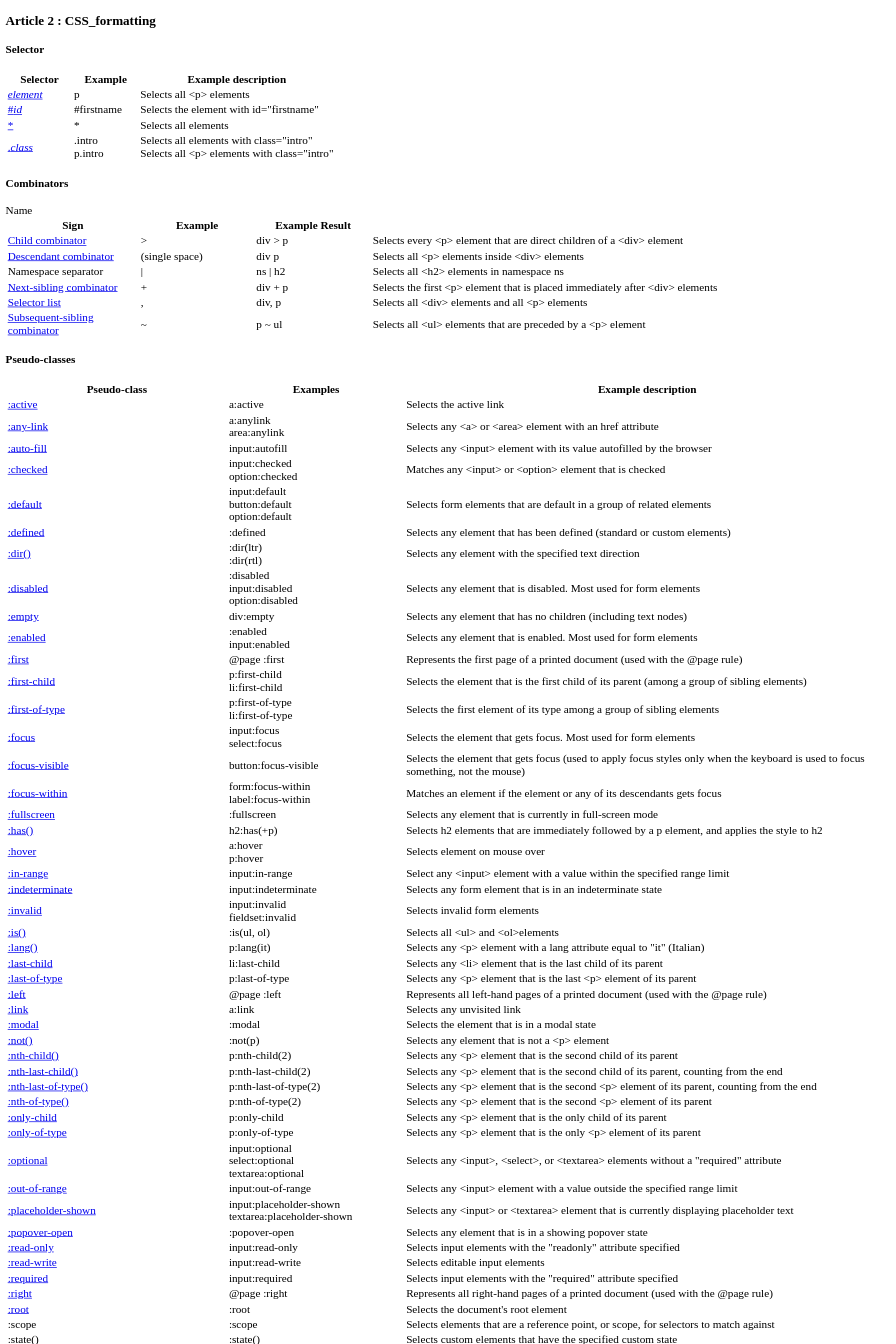
Repository: AnnaSpirit/2025_
Page: Bases/CSS_formatting.html
These files come from the project's save history. The page is drawn as it stood at one moment and after the next save; the edit follows.
The browser window is 1280 px wide. The pictures show the part of the page from y = 0 to 1920 px (the page is 2615 px tall), at 70% of full size.

Above is the page before, as saved 2025-01-09 13:01:19.

### Bases/CSS_formatting.html
<!DOCTYPE html>
<html lang="en">
<head>
	<meta charset="UTF-8">
	<meta name="viewport" content="width=device-width, initial-scale=1.0">
	<title>CSS_formatting</title>
	<style>
		th{

		}
	</style>
</head>
<body>
<h3>Article 2 : CSS_formatting</h3>
<h4>Selector</h4>
<table>
<tr>
	<th style="width:20%">Selector</th>
	<th style="width:20%">Example</th>
	<th>Example description</th>
</tr>
<tr>
	<td><i><a href="sel_element.php">element</a></i></td>
	<td>p</td>
	<td>Selects all &lt;p&gt; elements</td>
</tr>
<tr>
	<td><a href="sel_id.php">#<i>id</i></a></td>
	<td>#firstname</td>
	<td>Selects the element with id="firstname"</td>
</tr>
<tr>
	<td><a href="sel_all.php">*</a></td>
	<td>*</td>
	<td>Selects all elements</td>
</tr>
<tr>
	<td><a href="sel_class.php">.<i>class</i></a></td>
	<td>.intro<br>p.intro</td>
	<td>Selects all elements with class="intro"<br>Selects all &lt;p&gt; elements with class="intro"
	</td>
</tr>
</table>
<h4>Combinators</h4>
<table class="ws-ta>
<tbody>
	<tr>
		<th style="width:32%">Name</th>
		<th style="width:15%">Sign</th>
		<th style="width:13%">Example</th>
		<th>Example Result</th>
	</tr>
	<tr>
		<td><a href="sel_element_gt.php">Child combinator</a></td>
		<td>&gt;</td>
		<td>div &gt; p</td>
		<td>Selects every &lt;p&gt; element that are direct children of a &lt;div&gt; element</td>
	</tr>
	<tr>
		<td><a href="sel_element_element.php">Descendant combinator</a></td>
		<td>(single space)</td>
		<td>div p</td>
		<td>Selects all &lt;p&gt; elements inside &lt;div&gt; elements</td>
	</tr>
	<tr>
		<td>Namespace separator</td>
		<td>|</td>
		<td>ns | h2</td>
		<td>Selects all &lt;h2&gt; elements in namespace ns</td>
	</tr>
	<tr>
		<td><a href="sel_element_pluss.php">Next-sibling combinator</a></td>
		<td>+</td>
		<td>div + p</td>
		<td>Selects the first &lt;p&gt; element that is placed immediately after &lt;div&gt; elements</td>
	</tr>
	<tr>
		<td><a href="sel_element_comma.php">Selector list</a></td>
		<td>,</td>
		<td>div, p</td>
		<td>Selects all &lt;div&gt; elements and all &lt;p&gt; elements</td>
	</tr>
	<tr>
		<td><a href="sel_gen_sibling.php">Subsequent-sibling combinator</a> </td>
		<td>~</td>
		<td>p ~ ul</td>
		<td>Selects all &lt;ul&gt; elements that are preceded by a &lt;p&gt; element</td>
	</tr>
</tbody>
</table>
<h4>Pseudo-classes</h4>
<table>
<tr>
	<th style="width:25%">Pseudo-class</th>
	<th style="width:20%">Examples</th>
	<th>Example description</th>
</tr>
<tr>
	<td><a href="sel_active.php">:active</a></td>
	<td>a:active</td>
	<td>Selects the active link</td>
</tr>
<tr>
	<td><a href="sel_any-link.php">:any-link</a></td>
	<td>a:anylink<br>area:anylink</td>
	<td>Selects any &lt;a&gt; or &lt;area&gt; element with an href attribute</td>
</tr>
<tr>
	<td><a href="sel_autofill.php">:auto-fill</a></td>
	<td>input:autofill</td>
	<td>Selects any &lt;input&gt; element with its value autofilled by the
		browser</td>
</tr>
<tr>
	<td><a href="sel_checked.php">:checked</a></td>
	<td>input:checked<br>option:checked</td>
	<td>Matches any &lt;input&gt; or &lt;option&gt; element that is checked</td>
</tr>
<tr>
	<td><a href="sel_default.php">:default</a></td>
	<td>input:default<br>button:default<br>option:default</td>
	<td>Selects form elements that are default in a group of related elements</td>
</tr>
<tr>
	<td><a href="sel_defined.php">:defined</a></td>
	<td>:defined</td>
	<td>Selects any element that has been defined (standard or custom
		elements)</td>
</tr>
<tr>
	<td><a href="sel_dir.php">:dir()</a></td>
	<td>:dir(ltr)<br>:dir(rtl)</td>
	<td>Selects any element with the specified text direction</td>
</tr>
<tr>
	<td><a href="sel_disabled.php">:disabled</a></td>
	<td>:disabled<br>input:disabled<br>option:disabled</td>
	<td>Selects any element that is disabled. Most used for form elements</td>
</tr>
<tr>
	<td><a href="sel_empty.php">:empty</a></td>
	<td>div:empty</td>
	<td>Selects any element that has no children (including text nodes)</td>
</tr>
<tr>
	<td><a href="sel_enabled.php">:enabled</a></td>
	<td>:enabled<br>input:enabled</td>
	<td>Selects any element that is enabled. Most used for form elements</td>
</tr>
<tr>
	<td><a href="sel_first.php">:first</a></td>
	<td>@page :first</td>
	<td>Represents the first page of a printed document (used with the @page
		rule)</td>
</tr>
<tr>
	<td><a href="sel_firstchild.php">:first-child</a></td>
	<td>p:first-child<br>li:first-child</td>
	<td>Selects the element that is the first child of its parent (among a group
		of sibling elements)</td>
</tr>
<tr>
	<td><a href="sel_first-of-type.php">:first-of-type</a></td>
	<td>p:first-of-type<br>li:first-of-type</td>
	<td>Selects the first element of its type among a group of sibling elements</td>
</tr>
<tr>
	<td><a href="sel_focus.php">:focus</a></td>
	<td>input:focus<br>select:focus</td>
	<td>Selects the element that gets focus. Most used for form elements</td>
</tr>
<tr>
	<td><a href="sel_focus-visible.php">:focus-visible</a></td>
	<td>button:focus-visible</td>
	<td>Selects the element that gets focus (used to apply focus styles only
		when the keyboard is used to focus something, not the mouse)</td>
</tr>
<tr>
	<td><a href="sel_focus-within.php">:focus-within</a></td>
	<td>form:focus-within<br>label:focus-within</td>
	<td>Matches an element if the element or any of its descendants gets focus</td>
</tr>
<tr>
	<td><a href="sel_fullscreen.php">:fullscreen</a></td>
	<td>:fullscreen</td>
	<td>Selects any element that is currently in full-screen mode</td>
</tr>
<tr>
	<td><a href="sel_has.php">:has()</a></td>
	<td>h2:has(+p)</td>
	<td>Selects h2 elements that are immediately followed by a p element, and
		applies the style to h2</td>
</tr>
<tr>
	<td><a href="sel_hover.php">:hover</a></td>
	<td>a:hover<br>p:hover</td>
	<td>Selects element on mouse over</td>
</tr>
<tr>
	<td><a href="sel_in-range.php">:in-range</a></td>
	<td>input:in-range</td>
	<td>Select any &lt;input&gt; element with a value within the specified range
		limit</td>
</tr>
<tr>
	<td><a href="sel_indeterminate.php">:indeterminate</a></td>
	<td>input:indeterminate</td>
	<td>Selects any form element that is in an indeterminate state</td>
</tr>
<tr>
	<td><a href="sel_invalid.php">:invalid</a></td>
	<td>input:invalid<br>fieldset:invalid</td>
	<td>Selects invalid form elements</td>
</tr>
<tr>
	<td><a href="sel_is.php">:is()</a></td>
	<td>:is(ul, ol)</td>
	<td>Selects all &lt;ul&gt; and &lt;ol&gt;elements</td>
</tr>
<tr>
	<td><a href="sel_lang.php">:lang()</a></td>
	<td>p:lang(it)</td>
	<td>Selects any &lt;p&gt; element with a lang attribute equal to "it" (Italian)</td>
</tr>
<tr>
	<td><a href="sel_last-child.php">:last-child</a></td>
	<td>li:last-child</td>
	<td>Selects any &lt;li&gt; element that is the last child of its parent</td>
</tr>
<tr>
	<td><a href="sel_last-of-type.php">:last-of-type</a></td>
	<td>p:last-of-type</td>
	<td>Selects any &lt;p&gt; element that is the last &lt;p&gt; element of its parent</td>
</tr>
<tr>
	<td><a href="sel_left.php">:left</a></td>
	<td>@page :left</td>
	<td>Represents all left-hand pages of a printed document (used with the @page
		rule)</td>
</tr>
<tr>
	<td><a href="sel_link.php">:link</a></td>
	<td>a:link</td>
	<td>Selects any unvisited link</td>
</tr>
<tr>
	<td><a href="sel_modal.php">:modal</a></td>
	<td>:modal</td>
	<td>Selects the element that is in a modal state</td>
</tr>
<tr>
	<td><a href="sel_not.php">:not()</a></td>
	<td>:not(p)</td>
	<td>Selects any element that is not a &lt;p&gt; element</td>
</tr>
<tr>
	<td><a href="sel_nth-child.php">:nth-child()</a></td>
	<td>p:nth-child(2)</td>
	<td>Selects any &lt;p&gt; element that is the second child of its parent</td>
</tr>
<tr>
	<td><a href="sel_nth-last-child.php">:nth-last-child()</a></td>
	<td>p:nth-last-child(2)</td>
	<td>Selects any &lt;p&gt; element that is the second child of its parent, counting from the
		end</td>
</tr>
<tr>
	<td><a href="sel_nth-last-of-type.php">:nth-last-of-type()</a></td>
	<td>p:nth-last-of-type(2)</td>
	<td>Selects any &lt;p&gt; element that is the second &lt;p&gt; element of its parent, counting from the
		end</td>
</tr>
<tr>
	<td><a href="sel_nth-of-type.php">:nth-of-type()</a></td>
	<td>p:nth-of-type(2)</td>
	<td>Selects any &lt;p&gt; element that is the second &lt;p&gt; element of its parent</td>
</tr>
<tr>
	<td><a href="sel_only-child.php">:only-child</a></td>
	<td>p:only-child</td>
	<td>Selects any &lt;p&gt; element that is the only child of its parent</td>
</tr>
<tr>
	<td><a href="sel_only-of-type.php">:only-of-type</a></td>
	<td>p:only-of-type</td>
	<td>Selects any &lt;p&gt; element that is the only &lt;p&gt; element of its parent</td>
</tr>
<tr>
	<td><a href="sel_optional.php">:optional</a></td>
	<td>input:optional<br>select:optional<br>textarea:optional</td>
	<td>Selects any &lt;input&gt;, &lt;select&gt;, or &lt;textarea&gt; elements without
		a "required" attribute</td>
</tr>
<tr>
	<td><a href="sel_out-of-range.php">:out-of-range</a></td>
	<td>input:out-of-range</td>
	<td>Selects any &lt;input&gt; element with a value outside the specified range
		limit</td>
</tr>
<tr>
	<td><a href="sel_placeholder-shown.php">:placeholder-shown</a></td>
	<td>input:placeholder-shown<br>
		textarea:placeholder-shown</td>
	<td>Selects any &lt;input&gt; or &lt;textarea&gt; element that is currently displaying
		placeholder text</td>
</tr>
<tr>
	<td><a href="sel_popover-open.php">:popover-open</a></td>
	<td>:popover-open</td>
	<td>Selects any element that is in a showing popover state</td>
</tr>
<tr>
	<td><a href="sel_read-only.php">:read-only</a></td>
	<td>input:read-only</td>
	<td>Selects input elements with the "readonly" attribute specified</td>
</tr>
<tr>
	<td><a href="sel_read-write.php">:read-write</a></td>
	<td>input:read-write</td>
	<td>Selects editable input elements</td>
</tr>
<tr>
	<td><a href="sel_required.php">:required</a></td>
	<td>input:required</td>
	<td>Selects input elements with the "required" attribute specified</td>
</tr>
<tr>
	<td><a href="sel_right.php">:right</a></td>
	<td>@page :right</td>
	<td>Represents all right-hand pages of a printed document (used with the @page
		rule)</td>
</tr>
<tr>
	<td><a href="sel_root.php">:root</a></td>
	<td>:root</td>
	<td>Selects the document's root element</td>
</tr>
<tr>
	<td>:scope</td>
	<td>:scope</td>
	<td>Selects elements that are a reference point, or scope, for selectors to
		match against</td>
</tr>
<tr>
	<td>:state()</td>
	<td>:state()</td>
	<td>Selects custom elements that have the specified custom state</td>
</tr>
<tr>
	<td><a href="sel_target.php">:target</a></td>
	<td>:target </td>
	<td>Selects the current active target element</td>
</tr>
<tr>
	<td><a href="sel_user-invalid.php">:user-invalid</a></td>
	<td>:user-invalid</td>
	<td>Selects any form element with an invalid value (after the user have
		interacted with it)</td>
</tr>
<tr>
	<td><a href="sel_user-valid.php">:user-valid</a></td>
	<td>:user-valid</td>
	<td>Selects any form element with a valid value (after the user have
		interacted with it)</td>
</tr>
<tr>
	<td><a href="sel_valid.php">:valid</a></td>
	<td>input:valid</td>
	<td>Selects all input elements with a valid value</td>
</tr>
<tr>
	<td><a href="sel_visited.php">:visited</a></td>
	<td>a:visited<br>area:visited</td>
	<td>Selects all visited links</td>
</tr>
<tr>
	<td><a href="sel_where.php">:where()</a></td>
	<td>:where(ol, ul)</td>
	<td>Selects all &lt;ul&gt; and &lt;ol&gt;elements</td>
</tr>
</table>
<h4>Pseudo-elements</h4>
<table class="ws-ta>
<tbody>
	<tr>
		<th style="width:25%">Pseudo-element</th>
		<th style="width:25%">Example</th>
		<th>Example description</th>
	</tr>
	<tr>
		<td><a href="sel_after.php">::after</a></td>
		<td>p::after<br>div::after</td>
		<td>Inserts something after the content of the specified element</td>
	</tr>
	<tr>
		<td><a href="sel_backdrop.php">::backdrop</a></td>
		<td>dialog::backdrop</td>
		<td>Styles the viewbox behind a dialog box or popover element</td>
	</tr>
	<tr>
		<td><a href="sel_before.php">::before</a></td>
		<td>p::before<br>div::before</td>
		<td>Inserts something before the content of the specified element</td>
	</tr>
	<tr>
		<td><a href="sel_file-selector-button.php">::file-selector-button</a></td>
		<td>::file-selector-button</td>
		<td>Selects any button of type &lt;input type="file"&gt;</td>
	</tr>
	<tr>
		<td><a href="sel_firstletter.php">::first-letter</a></td>
		<td>p::first-letter</td>
		<td>Selects the first letter of every &lt;p&gt; element</td>
	</tr>
	<tr>
		<td><a href="sel_firstline.php">::first-line</a></td>
		<td>p::first-line</td>
		<td>Selects the first line of every &lt;p&gt; element</td>
	</tr>
	<tr>
		<td><a href="sel_grammar-error.php">::grammar-error</a></td>
		<td>::grammar-error</td>
		<td>Styles a text that the browser has flagged as grammatically incorrect</td>
	</tr>
	<tr>
		<td><a href="sel_highlight.php">::highlight()</a></td>
		<td>::highlight(custom-name)</td>
		<td>Selects a custom highlight</td>
	</tr>
	<tr>
		<td><a href="sel_marker.php">::marker</a></td>
		<td>::marker</td>
		<td>Selects the markers of list items</td>
	</tr>
	<tr>
		<td><a href="sel_placeholder.php">::placeholder</a></td>
		<td>input::placeholder<br>textarea::placeholder</td>
		<td>Styles the placeholder text of &lt;input&gt; or &lt;textarea&gt; elements</td>
	</tr>
	<tr>
		<td><a href="sel_selection.php">::selection</a></td>
		<td>::selection</td>
		<td>Styles the user-selected text</td>
	</tr>
	<tr>
		<td><a href="sel_spelling-error.php">::spelling-error</a></td>
		<td>::spelling-error</td>
		<td>Styles a text that the browser has flagged as incorrectly spelled</td>
	</tr>
	<tr>
		<td>::view-transition</td>
		<td>::view-transition</td>
		<td>Represents the root of the view transitions overlay, which contains all
			view transition on the page</td>
	</tr>
	<tr>
		<td>::view-transition-group</td>
		<td>::view-transition-group</td>
		<td>Represents a single view transition snapshot group</td>
	</tr>
	<tr>
		<td>::view-transition-image-pair</td>
		<td>::view-transition-image-pair</td>
		<td>Represents a container for a view transition's "old" and "new" view
			states - before and after the transition</td>
	</tr>
	<tr>
		<td>::view-transition-new</td>
		<td>::view-transition-new</td>
		<td>Represents the "new" view state of a view transition</td>
	</tr>
	<tr>
		<td>::view-transition-old</td>
		<td>::view-transition-old</td>
		<td>Represents the "old" view state of a view transition</td>
	</tr>
</tbody>
</table>
</body>
</html>

After the next save:
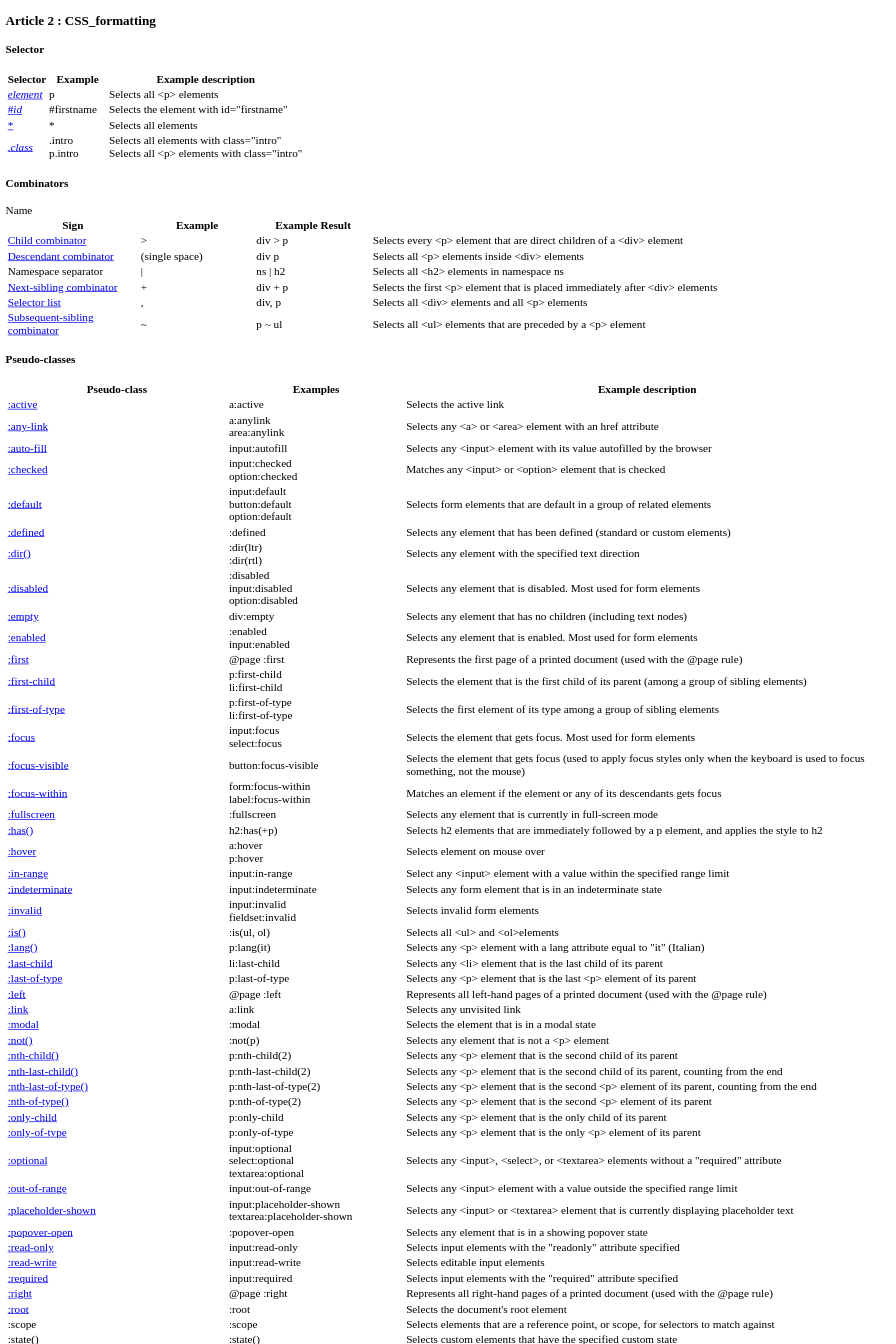
Saved 7 s later.
--- a/Bases/CSS_formatting.html
+++ b/Bases/CSS_formatting.html
@@ -6,7 +6,7 @@
 	<title>CSS_formatting</title>
 	<style>
 		th{
-
+			style="width:20%"
 		}
 	</style>
 </head>
@@ -15,7 +15,7 @@
 <h4>Selector</h4>
 <table>
 <tr>
-	<th style="width:20%">Selector</th>
+	<th >Selector</th>
 	<th style="width:20%">Example</th>
 	<th>Example description</th>
 </tr>
